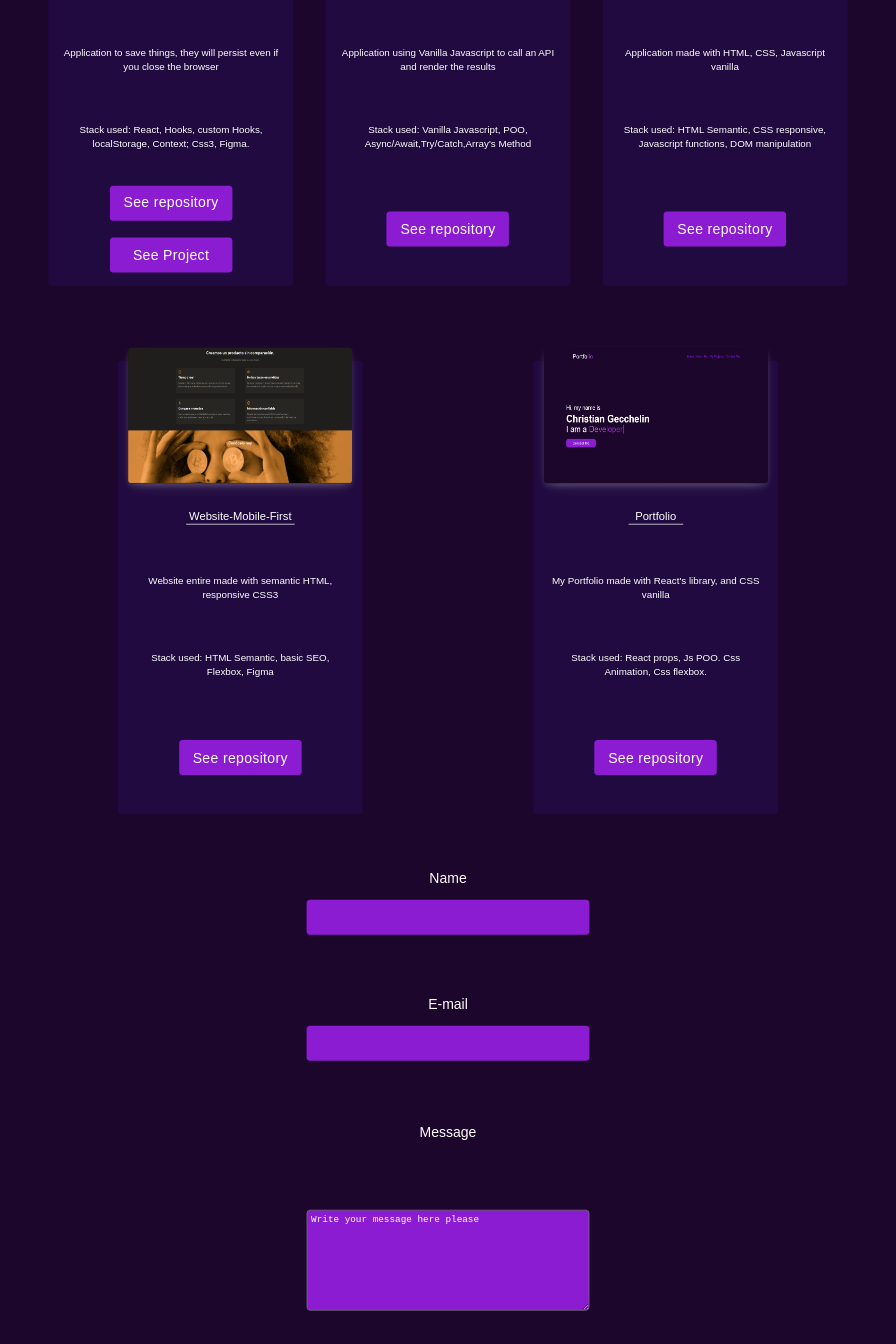
Repository: ChristianGecchelin/portfolio-web
Page: /
These files come from the project's save history. The page is drawn as it stood at one moment and after the next save; the edit follows.
The browser window is 1280 px wide. The pictures show the part of the page from y = 1715 to 3635 px (the page is 3635 px tall), at 70% of full size.
The project was rebuilt for these pictures with package versions that can differ from the ones it lists, and the page was loaded fresh each time.

Above is the page before, as saved 2022-01-22 17:27:50.

### public/index.html
<!DOCTYPE html>
<html lang="en">
  <head>
    <meta charset="utf-8" />
    <link rel="icon" href="%PUBLIC_URL%/favicon.ico" />
    <meta name="viewport" content="width=device-width, initial-scale=1" />
    <meta name="theme-color" content="#000000" />
    <meta name="description" content="Portfolio Online Christian Gecchelin" />
    <link rel="apple-touch-icon" href="%PUBLIC_URL%/logo192.png" />

    <link rel="manifest" href="%PUBLIC_URL%/manifest.json" />

    <title>Portfolio Christian</title>
  </head>
  <body>
    <noscript>You need to enable JavaScript to run this app.</noscript>
    <div id="root"></div>
  </body>
</html>

### src/index.js
import React from "react";
import ReactDOM from "react-dom";

import App from "./App/index";
import "./index.css";
ReactDOM.render(<App />, document.getElementById("root"));

### src/App/index.js
import { AppUI } from "./AppUI";
import "./App.css";

function App() {
  return <AppUI></AppUI>;
}

export default App;

### src/index.css
* {
  box-sizing: border-box;
  margin: 0;
  padding: 0;
}
html {
  font-size: 62.5%;
  font-family: "DM Sans", sans-serif;
}
body {
  background: #1d062b;
  width: 100%;
  height: 100vh;
}

### src/App/AppUI.js
import React from "react";
import { Header } from "../Header/Index.js";
import { Home } from "../Home/Index.js";
import { AboutMe } from "../AboutMe/index.js";
import { MyProjects } from "../MyProjects/index.js";
import { ContactMe } from "../ContactMe/index.js";
import "./App.css";

function AppUI() {
  return (
    <>
      <Header />
      <Home />
      <AboutMe />
      <MyProjects />
      <ContactMe />
    </>
  );
}
export { AppUI };

### src/Header/Index.js
import React from "react";
import { NavBar } from "./NavBar";
import "./header.css";

function Header() {
  return (
    <header>
      <h1>
        Portfo<span>lio.</span>
      </h1>
      <NavBar />
    </header>
  );
}
export { Header };

### src/Home/Index.js
import React from "react";
import "./Home.css";
function Home() {
  return (
    <section className="Home-container">
      <div className="text-container">
        <p className="first-lineText">Hi, my name is</p>
        <p className="principal-lineText">Christian Gecchelin</p>
        <p className="secondary-lineText">I am a</p>
        <div className="span-container">
          <span data-text="Developer">Developer </span>
        </div>
      </div>
      <button type="button" className="contact-button">
        Contact Me
      </button>
    </section>
  );
}
export { Home };

### src/AboutMe/index.js
import React from "react";
import "./AboutMe.css";
import profile from "../Assets/profile.jpg";
function AboutMe() {
  return (
    <section className="AboutMe-container">
      <div className="image-container">
        <img
          className="image"
          src={profile}
          alt="Christian Gecchelin"
          title="Christian Gecchelin"
        ></img>
      </div>
      <div className="information-container">
        <p className="">
          Hi I'm Christian, I am a <b>ReactJs</b> junior developer. You can see
          all my projects in the next slide. I have project based on frontEnd
          technologies like HTML5, CSS3, vanilla JavaScript and also ReactJs.
          I'm looking for my first professional experience as an employee.
        </p>
        <button>Curriculum</button>
      </div>
    </section>
  );
}
export { AboutMe };

### src/MyProjects/index.js
import React from "react";
import ToDoApp from "../Assets/to-do-app.png";
import Rick from "../Assets/rick.png";
import Calculator from "../Assets/calculator.png";
import Mobile from "../Assets/mobile.png";
import Portfolio from "../Assets/portfolio.png";
import "./MyProjects.css";
function MyProjects() {
  return (
    <section className="project-section">
      <div className="vh-container">
        <div className="project-card">
          <img
            className="card-image"
            src={ToDoApp}
            alt="ToDoAppImage"
            title="ToDoAppImage"
          ></img>
          <div className="card-text-container">
            <h3 className="card-title">To-Do-App</h3>
            <p className="card-text">
              Application to save things, they will persist even if you close
              the browser
            </p>
            <p className="card-text">
              Stack used: React, Hooks, custom Hooks, localStorage, Context;
              Css3, Figma.
            </p>
          </div>
          <div className="button-container">
            <button>See repository</button>
            <button>See Project</button>
            {/* Crear componentes botones */}
          </div>
        </div>
      </div>
      <div className="vh-container">
        <div className="project-card">
          <img
            className="card-image"
            src={Rick}
            alt="ToDoAppImage"
            title="ToDoAppImage"
          ></img>
          <div className="card-text-container">
            <h3 className="card-title xl">Rick And Morty</h3>
            <p className="card-text">
              Application using Vanilla Javascript to call an API and render the
              results
            </p>
            <p className="card-text">
              Stack used: Vanilla Javascript, POO, Async/Await,Try/Catch,Array's
              Method
            </p>
          </div>
          <div className="button-container">
            <button>See repository</button>
            {/* Crear componentes botones */}
          </div>
        </div>
      </div>
      <div className="vh-container">
        <div className="project-card">
          <img
            className="card-image"
            src={Calculator}
            alt="ToDoAppImage"
            title="ToDoAppImage"
          ></img>
          <div className="card-text-container">
            <h3 className="card-title">Calculator</h3>
            <p className="card-text">
              Application made with HTML, CSS, Javascript vanilla
            </p>
            <p className="card-text">
              Stack used: HTML Semantic, CSS responsive, Javascript functions,
              DOM manipulation
            </p>
          </div>
          <div className="button-container">
            <button>See repository</button>
            {/* Crear componentes botones */}
          </div>
        </div>
      </div>
      <div className="vh-container">
        <div className="project-card">
          <img
            className="card-image"
            src={Mobile}
            alt="ToDoAppImage"
            title="ToDoAppImage"
          ></img>
          <div className="card-text-container">
            <h3 className="card-title xl">Website-Mobile-First</h3>
            <p className="card-text">
              Website entire made with semantic HTML, responsive CSS3
            </p>
            <p className="card-text">
              Stack used: HTML Semantic, basic SEO, Flexbox, Figma
            </p>
          </div>
          <div className="button-container">
            <button>See repository</button>
            {/* Crear componentes botones */}
          </div>
        </div>
      </div>
      <div className="vh-container">
        <div className="project-card">
          <img
            className="card-image"
            src={Portfolio}
            alt="Portfolio"
            title="Portfolio"
          ></img>
          <div className="card-text-container">
            <h3 className="card-title">Portfolio</h3>
            <p className="card-text">
              My Portfolio made with React's library, and CSS vanilla
            </p>
            <p className="card-text">
              Stack used: React props, Js POO. Css Animation, Css flexbox.
            </p>
          </div>
          <div className="button-container">
            <button>See repository</button>
            {/* Crear componentes botones */}
          </div>
        </div>
      </div>
    </section>
  );
}
export { MyProjects };

### src/ContactMe/index.js
import React from "react";
import "./ContactMe.css";
function ContactMe() {
  return (
    <section className="ContactMe-container">
      <div className="form-container">
        <form>
          <div className="form-section-container">
            <label>Name</label>
            <input type={"text"}></input>
          </div>
          <div className="form-section-container">
            <label>E-mail</label>
            <input type={"email"}></input>
          </div>
          <div className="form-section-container xl">
            <label>Message</label>
            <textarea placeholder="Write your message here please"></textarea>
          </div>
        </form>
      </div>
      <div className="socialNetwork-container">
        <div className="card-container">
          <img></img>
        </div>
        <div className="card-container">
          <img></img>
        </div>
        <div className="card-container">
          <img></img>
        </div>
      </div>
    </section>
  );
}
export { ContactMe };

### src/Header/NavBar/index.js
import React from "react";
import { MobileNavigation } from "./MobileNavigation";
import { Navigation } from "./Navigation";
import "./NavBar.css";
function NavBar() {
  return (
    <div className="NavBar">
      <MobileNavigation />
      <Navigation />
    </div>
  );
}
export { NavBar };

### src/Header/header.css
header {
  display: flex;
  flex-direction: row;
  justify-content: space-around;
  align-items: center;
  gap: 5%;
  width: 100%;
  height: 15vh;
}
header h1 {
  margin: 0;
  width: 20%;
  min-width: 200px;
  font-size: 3.5rem;
  letter-spacing: 1px;
  font-weight: 500;
  color: #fff;
}
header h1 span {
  background: linear-gradient(147deg, #ce93d8 0%, #8c1cd1 74%);
  background-clip: text;
  color: transparent;
  font-weight: 500;
}
@media (max-width: 750px) {
  header {
    justify-content: center;
    gap: 0;
  }
}

### src/Home/Home.css
.Home-container {
  position: relative;
  display: flex;
  flex-direction: column;
  justify-content: center;
  align-items: flex-start;
  width: 80%;
  min-width: 280px;
  height: 85vh;
  margin: 0 auto;
  gap: 30px;
}
.Home-container .text-container {
  display: flex;
  flex-direction: row;
  align-items: flex-start;
  flex-wrap: wrap;
  width: 100%;
  height: auto;
  text-align: left;
}
.Home-container .text-container .first-lineText {
  width: 100%;
  font-size: 3.5rem;
  font-weight: 500;
  line-height: 6rem;
  color: #fff;
}
.Home-container .text-container .principal-lineText {
  width: 100%;
  font-size: 6rem;
  font-weight: 700;
  color: #fff;
}
.Home-container .text-container .secondary-lineText {
  font-size: 5rem;
  font-weight: 500;
  color: #fff;
  line-height: 5.2rem;
}
.span-container {
  position: relative;
  display: inline-block;
  margin-left: 15px;
  height: 52px;
}
.Home-container .text-container span {
  /* color: #1d062b;
  -webkit-text-stroke: 0.3vw yellow; */
  font-size: 5rem;
  font-weight: 500;
  line-height: 5.2rem;
  color: #1d062b;
}
.Home-container .text-container span::before {
  content: attr(data-text);
  position: absolute;
  top: 0;
  left: 0px;
  width: 0;
  height: 100%;
  padding-right: 3.9px;
  background: linear-gradient(147deg, #ce93d8 0%, #8c1cd1 74%);
  background-clip: text;
  color: transparent;
  border-right: 5px solid #8c1cd1;
  overflow: hidden;
  animation: animate 6s linear infinite;
}
.Home-container .contact-button {
  outline: none;
  width: 200px;
  height: 50px;
  background: #8c1cd1;
  border: none;
  border-radius: 15px;
  color: white;
  font-size: 2rem;
  letter-spacing: 1px;
  cursor: pointer;
}
@keyframes animate {
  0%,
  10%,
  100% {
    width: 0%;
  }
  70%,
  90% {
    width: 100%;
  }
}
@media (max-width: 769px) {
  .Home-container {
    align-items: center;
  }
  .Home-container .text-container {
    justify-content: center;
    text-align: center;
    align-items: center;
  }
}

### src/AboutMe/AboutMe.css
.AboutMe-container {
  display: flex;
  flex-direction: row;
  justify-content: center;
  align-items: center;
  flex-wrap: wrap;
  width: 90%;
  min-width: 300px;
  height: 100vh;
  margin: 0 auto;
}
.AboutMe-container .image-container {
  width: 50%;
  height: 50%;
  min-width: 320px;
}
.AboutMe-container .image-container .image {
  object-fit: cover;
  width: 100%;
  height: 100%;
}
.AboutMe-container .information-container {
  display: flex;
  flex-direction: column;
  justify-content: center;
  align-items: center;
  width: 50%;
  height: 50%;
  min-width: 320px;
  text-align: justify;
  gap: 30px;
}
.AboutMe-container .information-container p {
  font-size: 1.6rem;
  line-height: 2.2rem;
  font-weight: 400;
  color: #fff;
}
.AboutMe-container .information-container button {
  width: 200px;
  height: 50px;
  background: #8c1cd1;
  border: none;
  border-radius: 15px;
  color: white;
  font-size: 2rem;
  letter-spacing: 1px;
  cursor: pointer;
  margin: 0 auto;
}
@media (min-width: 700px) {
  .AboutMe-container {
    gap: 20px;
    flex-wrap: nowrap;
  }
  .AboutMe-container .image-container {
    width: 45%;
    height: 100%;
  }
  .AboutMe-container .information-container {
    height: 100%;
  }
}

### src/MyProjects/MyProjects.css
.project-section {
  display: flex;
  flex-direction: row;
  flex-wrap: wrap;
  align-items: center;
  justify-content: center;
  height: auto;
  min-width: 320px;
  margin: 0 auto;
}
.project-section .vh-container {
  display: flex;
  flex-direction: row;
  flex-wrap: wrap;
  align-items: center;
  justify-content: center;
  height: 100vh;
  min-width: 320px;
  margin: 0 auto;
}
.project-section .vh-container .project-card {
  position: relative;
  display: flex;
  flex-direction: column;
  justify-content: flex-start;
  align-items: center;
  max-width: 350px;
  min-width: 320px;
  height: 100vh;
  background: rgba(49, 27, 146, 0.2);
  text-align: center;
  gap: 5%;
}
.project-section .vh-container .project-card .card-image {
  width: 320px;
  height: 30%;
  object-fit: fill;
  box-shadow: 0px 8px 18px -9px rgba(255, 255, 255, 0.3),
    0px 4px 8px rgba(255, 255, 255, 0.1);
}
.project-section .vh-container .project-card .card-text-container {
  display: flex;
  flex-direction: column;
  align-items: center;
  justify-content: center;
  gap: 70px;
  height: 35%;
}
.project-section .vh-container .project-card .card-text-container .card-title {
  width: 25%;
  margin: 0 auto;
  font-size: 1.6rem;
  line-height: 2rem;
  font-weight: 500;
  color: #fff;
  border-bottom: 1px solid white;
}
.project-section .vh-container .project-card .card-text-container .xl {
  width: 50%;
}
.project-section .vh-container .project-card .card-text-container .card-text {
  font-size: 1.4rem;
  line-height: 2rem;
  font-weight: 400;
  color: #fff;
}

.project-section .vh-container .project-card .button-container {
  display: flex;
  flex-direction: column;
  align-items: center;
  justify-content: center;
  width: 100%;
  height: 25%;
  gap: 15%;
}
.project-section .vh-container .project-card .button-container button {
  height: 50px;
  width: 50%;
  min-width: 175px;
  padding: 5px 10px;
  outline: none;
  border: none;
  border-radius: 5px;
  color: #fff;
  background: #8c1cd1;
  font-size: 2rem;
  letter-spacing: 0.5px;
  cursor: pointer;
}
@media (min-width: 700px) {
  .project-section {
    justify-content: space-around;
    width: 90%;
    gap: 35px;
  }
  .project-section .vh-container .project-card {
    height: 90%;
    position: relative;
    justify-content: flex-end;
    border-radius: 5px;
  }
  .project-section .vh-container .project-card .card-image {
    position: absolute;
    top: calc(-3%);
    border-radius: 5px;
  }
  .project-section .vh-container .project-card .card-text-container {
    height: 241px;
    padding: 0 20px;
  }
}

### src/ContactMe/ContactMe.css
.ContactMe-container {
  display: flex;
  flex-direction: row;
  flex-wrap: wrap;
  align-items: center;
  justify-content: center;
  height: 100vh;
  width: 100%;
  min-width: 320px;
}
.ContactMe-container .form-container {
  height: 100vh;
  min-width: 320px;
  width: 45%;
  text-align: center;
}
.ContactMe-container .form-container form {
  display: flex;
  flex-direction: column;
  align-items: center;
  justify-content: space-around;
  width: 100%;
  height: 100%;
}
.ContactMe-container .form-container form .form-section-container {
  display: flex;
  flex-direction: column;
  align-items: center;
  justify-content: center;
  width: 70%;
  height: 25%;
  gap: 20px;
}
.ContactMe-container .form-container form .xl {
  height: 50%;
  gap: 100px;
}
.ContactMe-container .form-container form label {
  color: #fff;
  font-size: 2rem;
  line-height: 2.2rem;
}
.ContactMe-container .form-container form input {
  height: 50px;
  width: 100%;
  border: none;
  outline: none;
  border-radius: 5px;
  background: #8c1cd1;
  padding: 5px;
  color: #fff;
}
.ContactMe-container .form-container form textarea {
  height: 40%;
  width: 100%;
  background: #8c1cd1;
  padding: 5px;
  color: #fff;
  border-radius: 5px;
}
.ContactMe-container .form-container form textarea::placeholder {
  color: #fff;
}
.ContactMe-container .form-container form textarea:focus {
  outline: none;
  border: 2px solid rgb(156, 156, 156);
}

### src/Header/NavBar/MobileNavigation.js
import React, { useState } from "react";
import "./NavBar.css";
import { NavLinks } from "./NavLinks";
import { TiThMenu } from "react-icons/ti";
function MobileNavigation() {
  const [open, setOpen] = useState(false);
  const closeMobileMenu = () => setOpen(false);
  return (
    <nav className="MobileNavigation">
      <TiThMenu className="hamburguer" onClick={() => setOpen(!open)} />
      {open && <NavLinks isMobile={true} closeMobileMenu={closeMobileMenu} />}
    </nav>
  );
}
export { MobileNavigation };

### src/Header/NavBar/Navigation.js
import React from "react";
import "./NavBar.css";
import { NavLinks } from "./NavLinks";
function Navigation() {
  return (
    <nav className="Navigation">
      <NavLinks />
    </nav>
  );
}
export { Navigation };

### src/Header/NavBar/NavBar.css
.NavBar .MobileNavigation {
  display: none;
}
.NavBar .Navigation {
  display: flex;
  align-items: center;
}
.NavBar nav ul {
  display: flex;
  flex-direction: row;
  justify-content: flex-end;
  gap: 15px;
  text-align: center;
  list-style: none;
}
.NavBar nav ul li a {
  font-size: 1.8rem;
  font-weight: 500;
  line-height: 2rem;
  text-decoration: none;
  color: #8c1cd1;
}
a:visited {
  color: #8c1cd1;
}
.NavBar nav ul li a:hover {
  color: #fff;
}
@media (max-width: 750px) {
  .NavBar .Navigation {
    display: none;
  }
  .NavBar .MobileNavigation {
    display: flex;
    align-items: center;
  }
  .NavBar .MobileNavigation .hamburguer {
    position: absolute;
    color: #fff;
    height: 2rem;
    width: 2rem;
    cursor: pointer;
    z-index: 2;
  }
  .NavBar nav ul {
    display: flex;
    flex-direction: column;
    justify-content: center;
    gap: 10px;
    position: absolute;
    margin: 0;
    top: 0;
    right: 0;
    width: 100%;
    height: 100vh;
    background: rgba(0, 0, 0, 0.95);
    text-align: center;
    z-index: 1;
  }
  .NavBar nav ul li a {
    font-size: 2.4rem;
    font-weight: 500;
    line-height: 2.5rem;
    text-decoration: none;
    letter-spacing: 1px;
  }
  a:visited {
    color: #8c1cd1;
  }
}

### src/Header/NavBar/NavLinks.js
import React from "react";
import "./NavBar.css";
import { motion } from "framer-motion";
function NavLinks(props) {
  const animateFrom = { opacity: 0, y: -40 };
  const animateTo = { opacity: 1, y: 0 };
  return (
    <ul>
      <motion.li
        initial={animateFrom}
        animate={animateTo}
        transition={{ delay: 0.05 }}
        onClick={() => props.isMobile && props.closeMobileMenu()}
      >
        <a href="#home">Home</a>
      </motion.li>
      <motion.li
        initial={animateFrom}
        animate={animateTo}
        transition={{ delay: 0.1 }}
        onClick={() => props.isMobile && props.closeMobileMenu()}
      >
        <a href="#aboutMe">About Me</a>
      </motion.li>
      <motion.li
        initial={animateFrom}
        animate={animateTo}
        transition={{ delay: 0.2 }}
        onClick={() => props.isMobile && props.closeMobileMenu()}
      >
        <a href="#myProjects">My Projects</a>
      </motion.li>
      <motion.li
        initial={animateFrom}
        animate={animateTo}
        transition={{ delay: 0.3 }}
        onClick={() => props.isMobile && props.closeMobileMenu()}
      >
        <a href="#contactMe">Contact Me</a>
      </motion.li>
    </ul>
  );
}
export { NavLinks };

Loaded but not shown: src/App/App.css (common file)

After the next save:
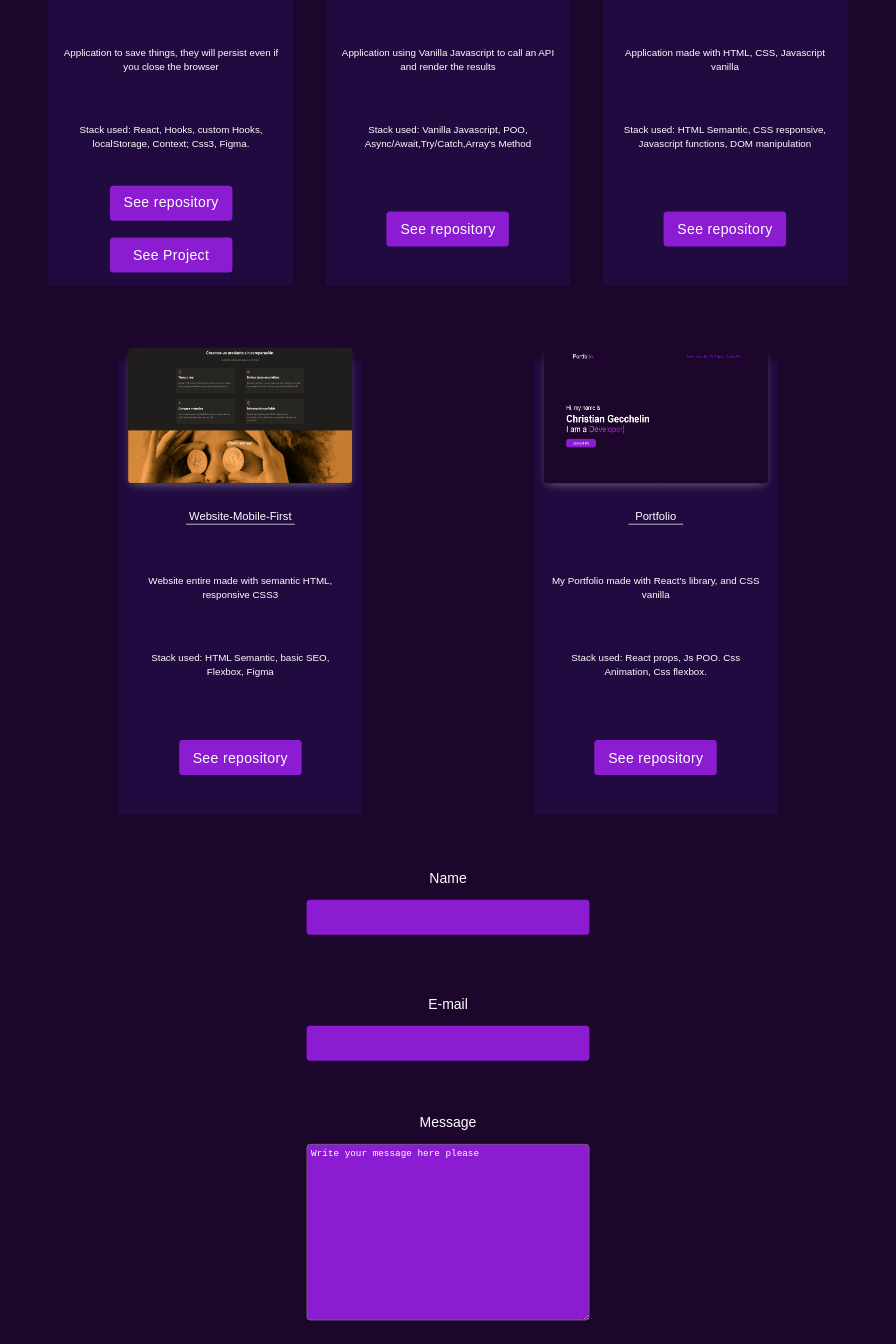
Saved 86 s later.
--- a/src/ContactMe/ContactMe.css
+++ b/src/ContactMe/ContactMe.css
@@ -33,7 +33,6 @@
 }
 .ContactMe-container .form-container form .xl {
   height: 50%;
-  gap: 100px;
 }
 .ContactMe-container .form-container form label {
   color: #fff;
@@ -51,7 +50,7 @@
   color: #fff;
 }
 .ContactMe-container .form-container form textarea {
-  height: 40%;
+  height: 70%;
   width: 100%;
   background: #8c1cd1;
   padding: 5px;
